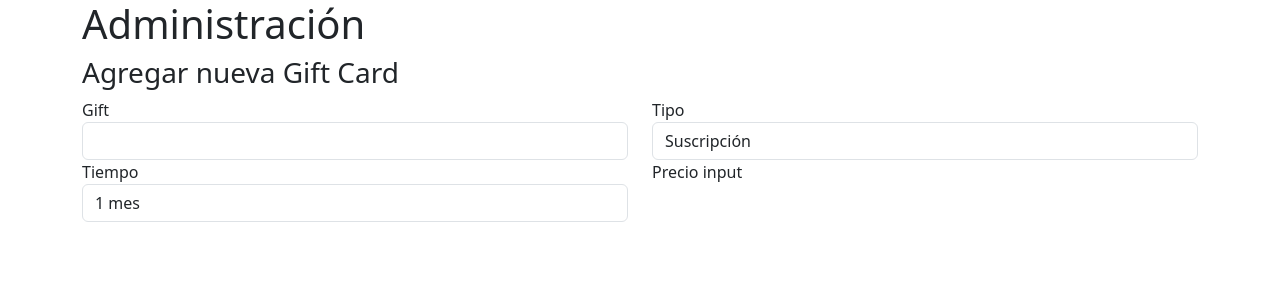
Repository: pedro-donoso/vanilla-js
Page: index.html
An editor plug-in stored every save of this project. The page is shown before and after the next save, followed by the edit.
The browser window is 1280 px wide. The pictures show the whole page.

Above is the page before, as saved 2024-01-31 13:35:04.
Console error: SyntaxError: Unexpected identifier 'assert'

After the next save:
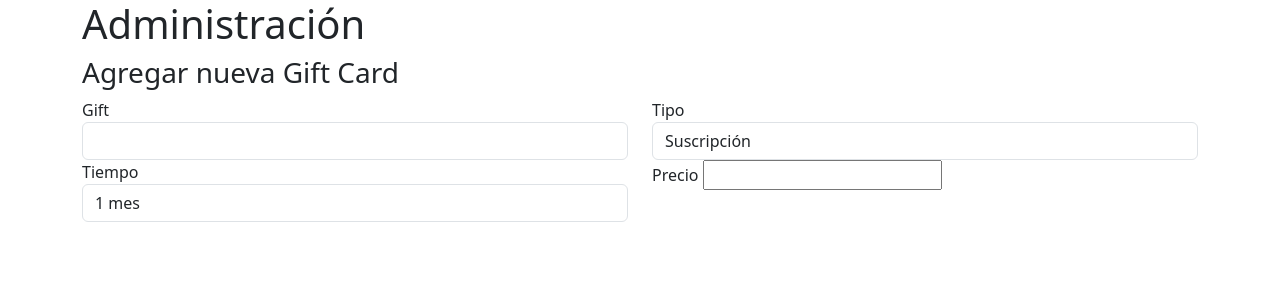
Saved 6 s later.
--- a/index.html
+++ b/index.html
@@ -45,7 +45,7 @@
                         </div>
                         <div class="col">
                             <label>Precio</label>
-                            input
+                            <input type="number" name="" id="">
                         </div>
                     </div>
                 </form>
